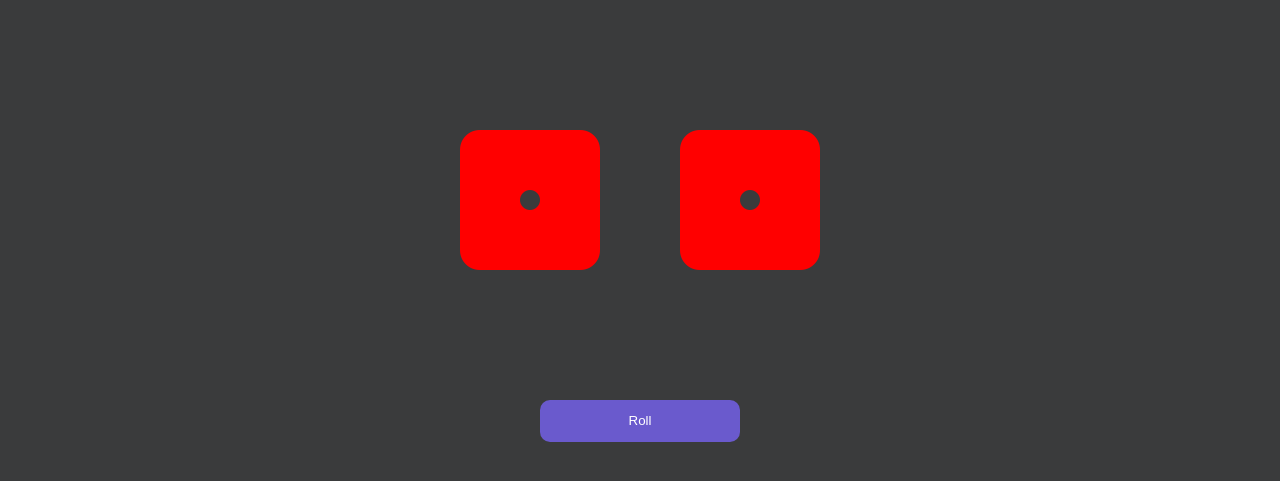
Repository: dung8466/learn-react
Page: / (app in roll-dice/)
The author's editor kept a copy of each file at every save. The page is drawn from the files as they stood at one save, then again after the next save.
The browser window is 1280 px wide. The pictures show the whole page.
The project was rebuilt for these pictures with package versions that can differ from the ones it lists, and the page was loaded fresh each time. Also part of the build but not shown: roll-dice/src/App.css.

Above is the page before, as saved 2022-09-17 21:32:16.

After the next save:
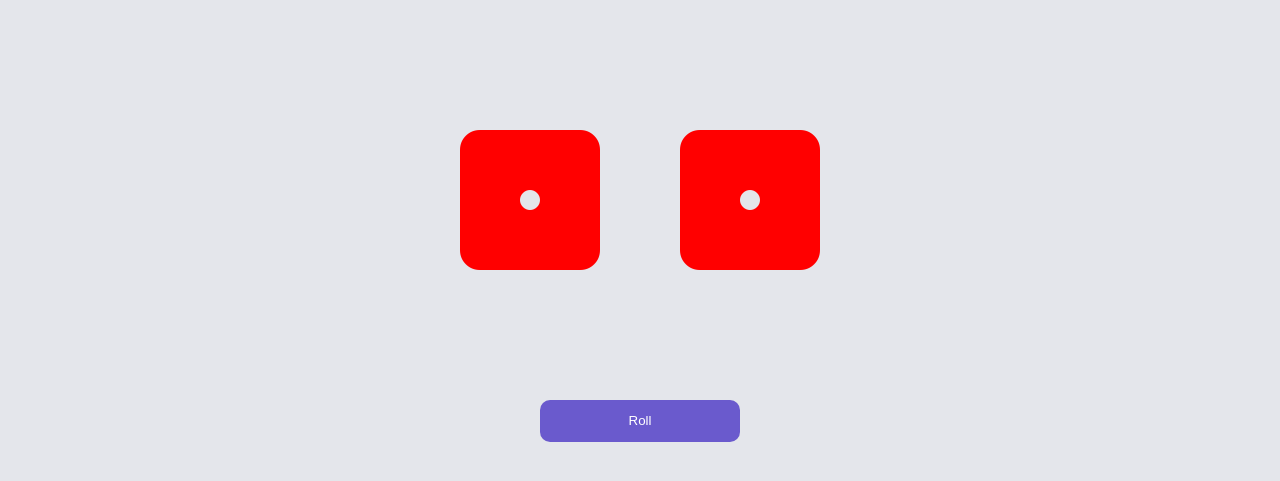
Saved 15 s later.
--- a/roll-dice/src/index.css
+++ b/roll-dice/src/index.css
@@ -5,7 +5,7 @@ body {
     sans-serif;
   -webkit-font-smoothing: antialiased;
   -moz-osx-font-smoothing: grayscale;
-  background-color: #3a3b3c;
+  background-color: #e4e6eb;
 }
 
 code {
